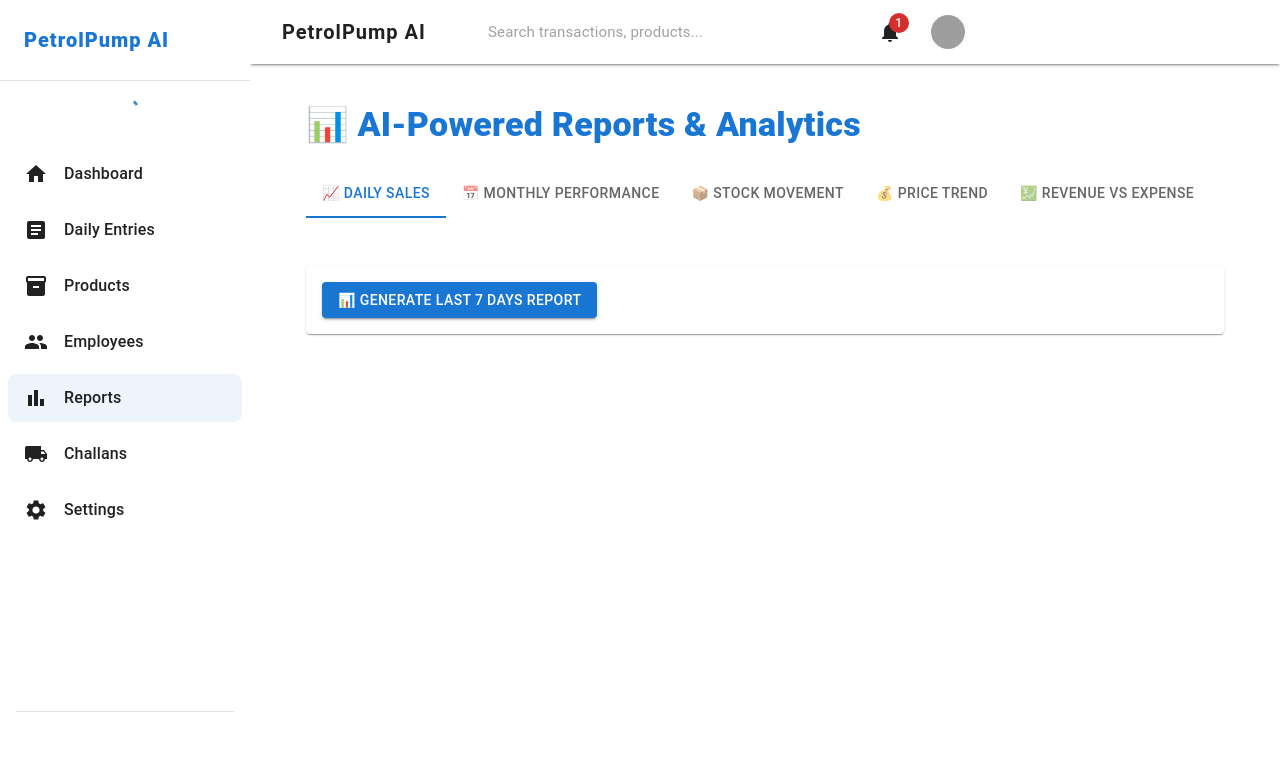
Repository: saquib0509/AI-Enabled-Retail-Management-
Page: /reports (app in frontend/)
These files come from the project's save history. The page is drawn as it stood at one moment and after the next save; the edit follows.
The browser window is 1280 px wide. The pictures show the whole page.
Pictures or frames that could not be fetched are drawn as grey boxes. The page's requests for data from a server got no answer. The project was rebuilt for these pictures with package versions that can differ from the ones it lists, and the page was loaded fresh each time. No one was signed in, and anything a server would have sent is missing. Also part of the build but not shown: frontend/vite.config.ts, frontend/src/pages/Dashboard.tsx, frontend/src/components/DailyEntryForm.tsx, frontend/src/components/EmployeeList.tsx, frontend/src/components/EmployeeForm.tsx, frontend/src/components/EmployeeAttendance.tsx, frontend/src/components/EmployeeSalary.tsx, frontend/src/pages/Employees.tsx and 9 more.

Above is the page before, as saved 2025-11-08 22:49:19.

After the next save:
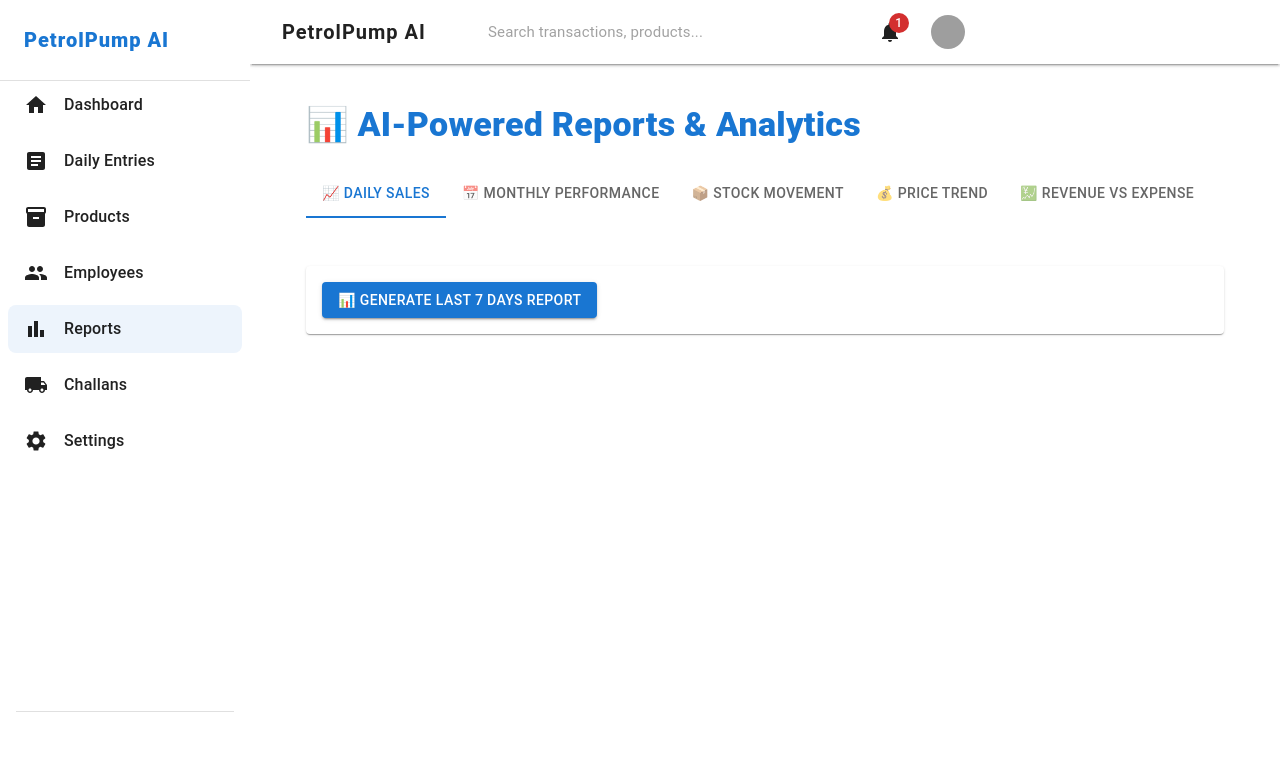
Saved 39 s later.
--- a/frontend/src/components/layout/Sidebar.tsx
+++ b/frontend/src/components/layout/Sidebar.tsx
@@ -70,48 +70,7 @@ const Sidebar = ({ variant, open, onClose, drawerWidth }: SidebarProps) => {
       </Toolbar>
       <Divider />
 
-      {/* Company Profile Card */}
-      {!loading && settings ? (
-        <Box sx={{ p: 2 }}>
-          <Paper
-            sx={{
-              p: 2,
-              background: 'linear-gradient(135deg, #667eea 0%, #764ba2 100%)',
-              color: 'white',
-              borderRadius: 2,
-              textAlign: 'center',
-            }}
-          >
-            <Avatar
-              sx={{
-                width: 56,
-                height: 56,
-                bgcolor: '#fff',
-                color: '#667eea',
-                margin: '0 auto',
-                mb: 1,
-                fontSize: 24,
-                fontWeight: 'bold',
-              }}
-            >
-              {settings.companyName?.charAt(0) || '⛽'}
-            </Avatar>
-            <Typography variant="subtitle1" fontWeight="bold" sx={{ mb: 0.5, fontSize: '0.95rem' }}>
-              {settings.companyName || 'Company'}
-            </Typography>
-            <Typography variant="caption" sx={{ opacity: 0.9, display: 'block', mb: 0.5 }}>
-              {settings.ownerName || 'Owner'}
-            </Typography>
-            <Typography variant="caption" sx={{ opacity: 0.8, fontSize: 10 }}>
-              {settings.businessAddress?.split(',')[0] || 'Address'}
-            </Typography>
-          </Paper>
-        </Box>
-      ) : (
-        <Box sx={{ p: 2, textAlign: 'center' }}>
-          <CircularProgress size={30} />
-        </Box>
-      )}
+
 
       {/* Navigation */}
       <List sx={{ flex: 1, py: 0 }}>
